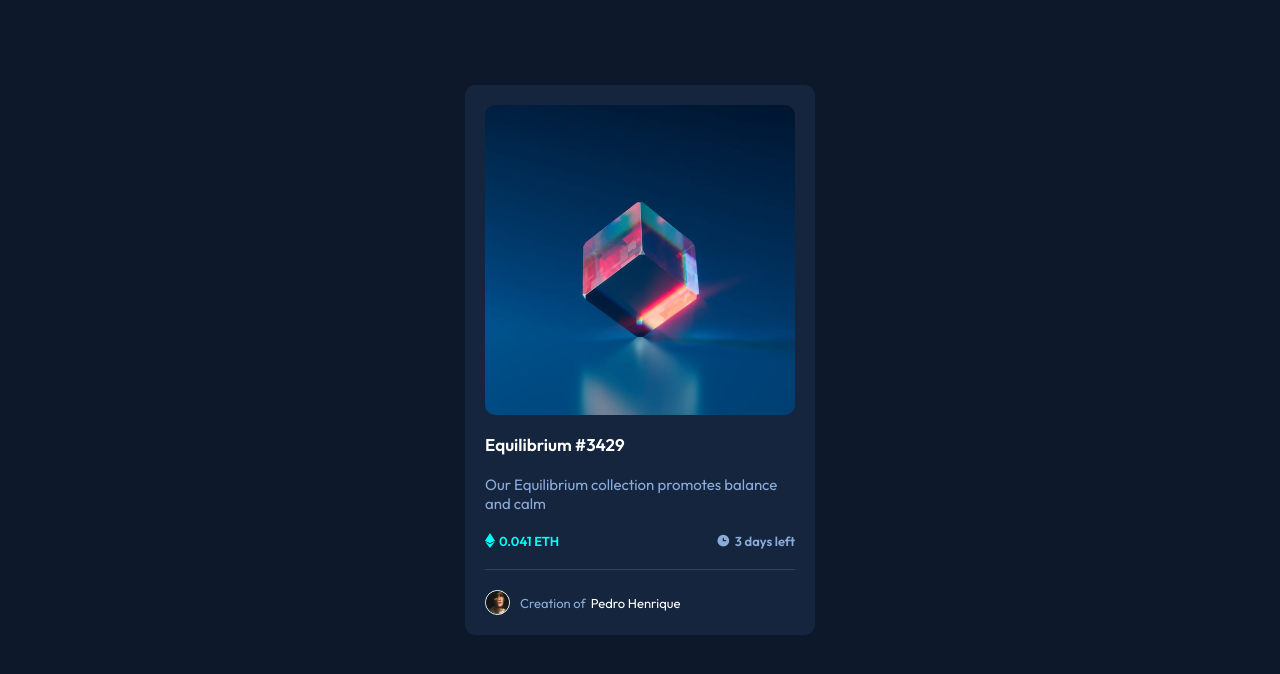
Repository: PedroHEAA/nft
Page: index.html
These files come from the project's save history. The page is drawn as it stood at one moment and after the next save; the edit follows.
The browser window is 1280 px wide. The pictures show the whole page.

Above is the page before, as saved 2022-11-04 19:35:23.

After the next save:
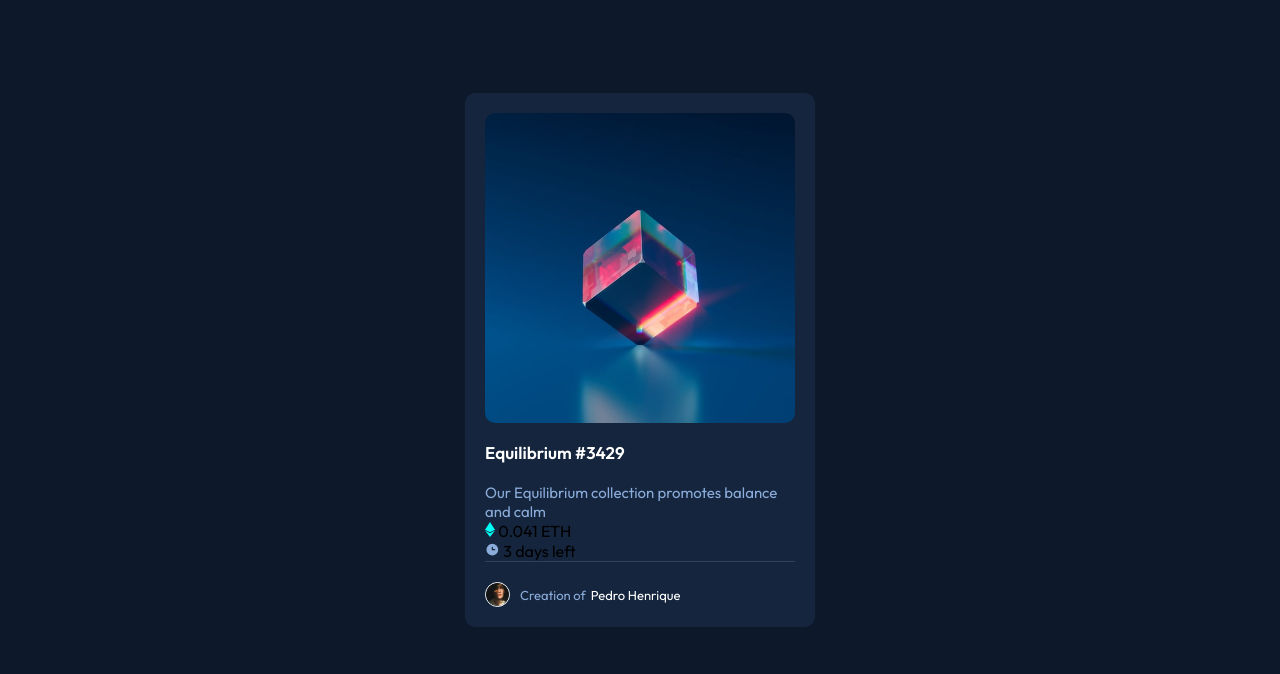
Saved 4 min 31 s later.
--- a/index.html
+++ b/index.html
@@ -30,7 +30,7 @@
                 <p class="card-description">Our Equilibrium collection promotes balance and calm</p>
             </div>
 
-            <div class="info-elements">
+            <div class="info-element">
                 <p class="angle"> <img src="src/images/icon-ethereum.svg" alt="" width="10px" height="15px"> 0.041 ETH</p>
                 <p class="days"> <img src="src/images/icon-clock.svg" alt="" width="15px" height="15px"> 3 days left</p>
             </div>

After the save that followed:
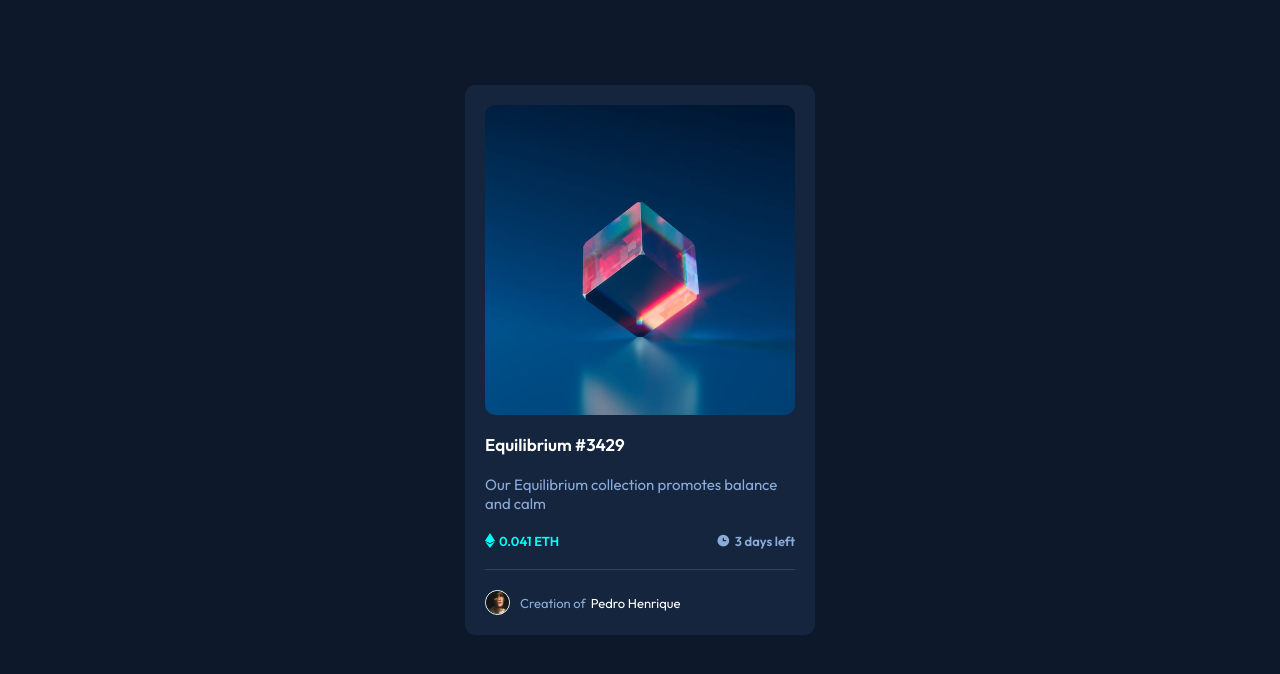
Saved 38 s later.
--- a/src/css/style.css
+++ b/src/css/style.css
@@ -52,7 +52,7 @@
 
 }
 
-.info-elements{
+.info-element{
     display: flex;
     justify-content: space-between;
     gap: 100px;
@@ -62,13 +62,13 @@
     margin-bottom: 20px;
 }
 
-.info-elements .angle{
+.info-element .angle{
     color: var(--angle-color);
     display: flex;
     gap: 4px;
 }
 
-.info-elements .days{
+.info-element .days{
     color: var(--secondary-color);
     display: flex;
     gap: 4px;
